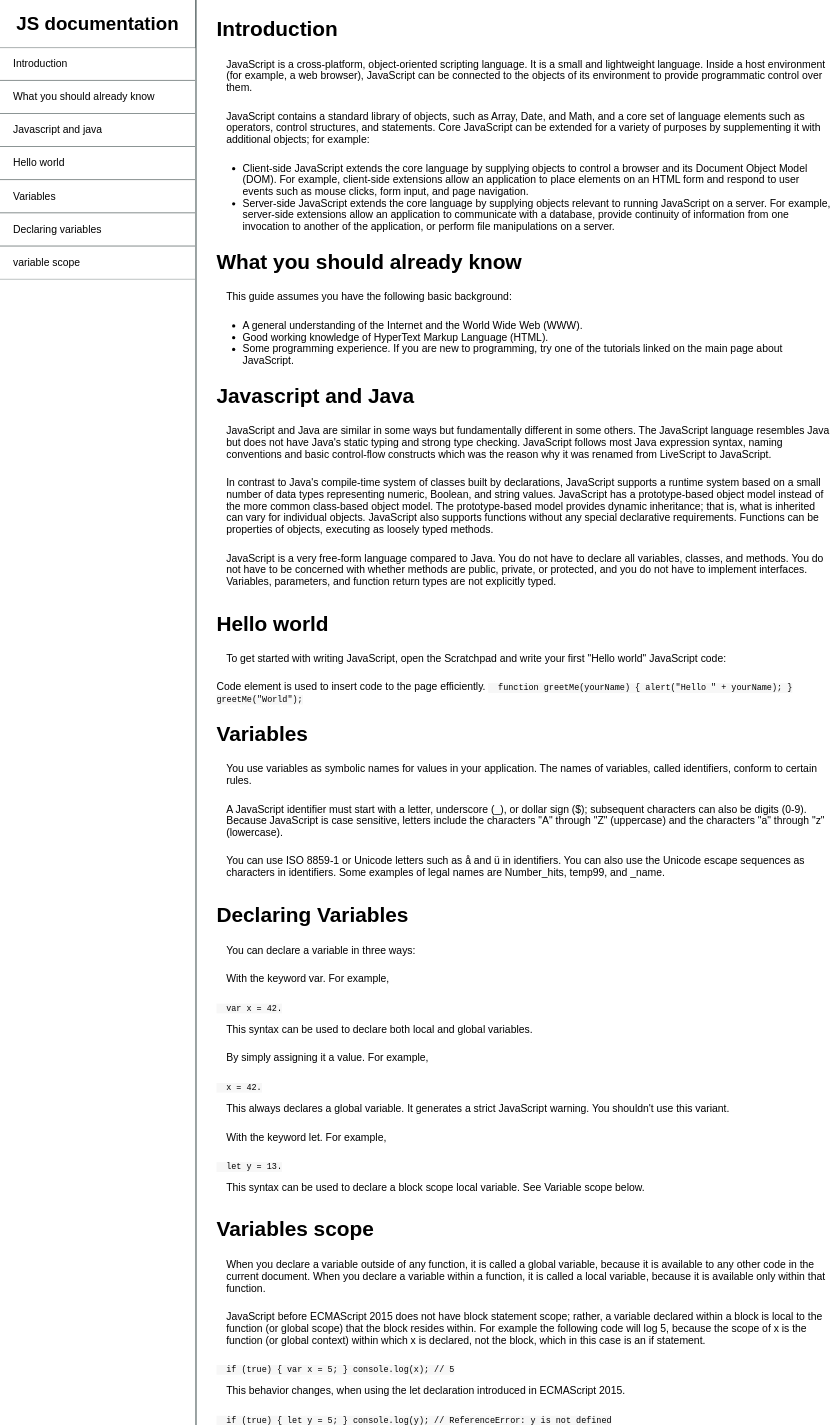
Repository: Pafestivo/Technical-documentation
Page: index.html
An editor plug-in stored every save of this project. The page is shown before and after the next save, followed by the edit.
The browser window is 1280 px wide. The pictures show the whole page, at 65% of full size.

Above is the page before, as saved 2022-09-07 14:02:01.

After the next save:
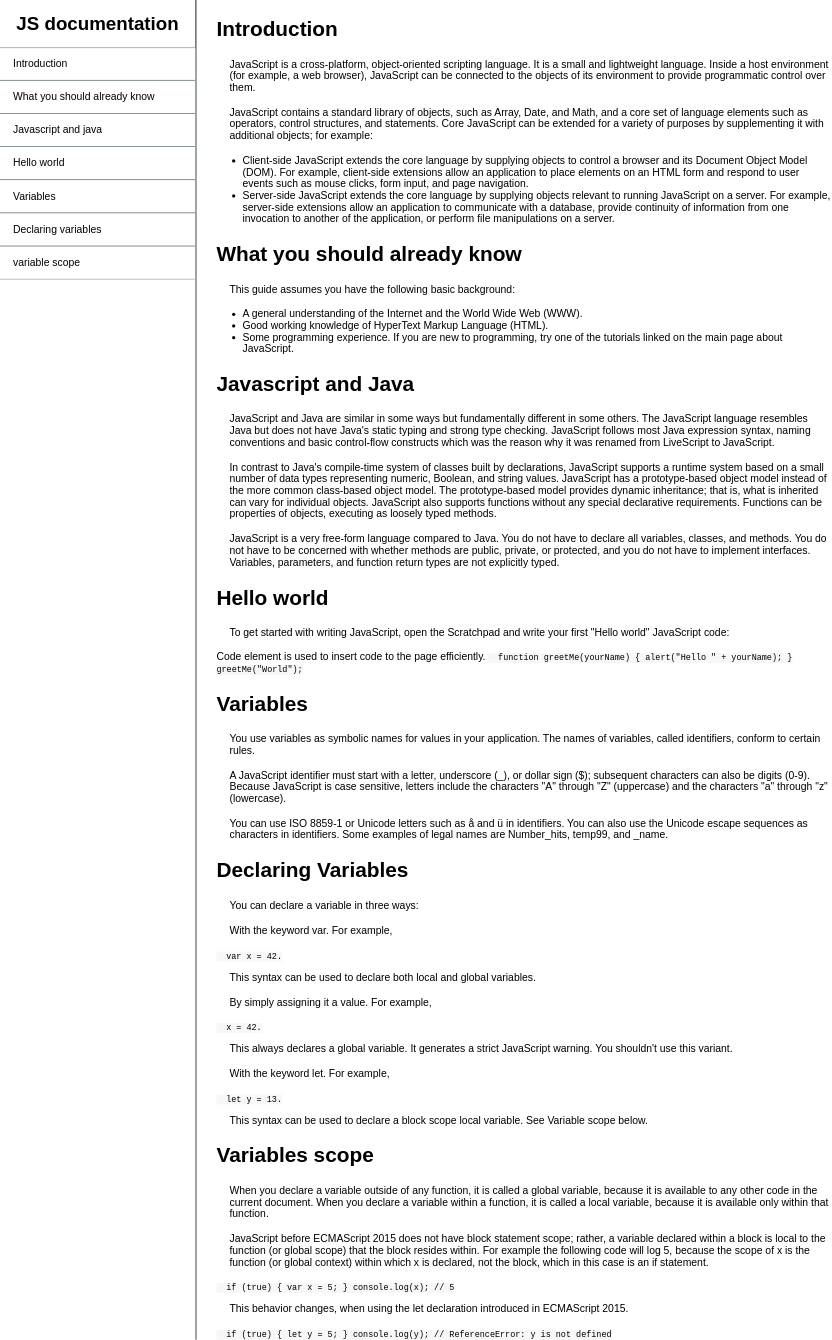
Saved 18 s later.
--- a/styles.css
+++ b/styles.css
@@ -70,8 +70,8 @@ body {
 }
 
 p {
-  padding-bottom: 10px;
-  padding-left: 15px;
+  margin-bottom: 20px;
+  margin-left: 20px;
 }
 
 code {
